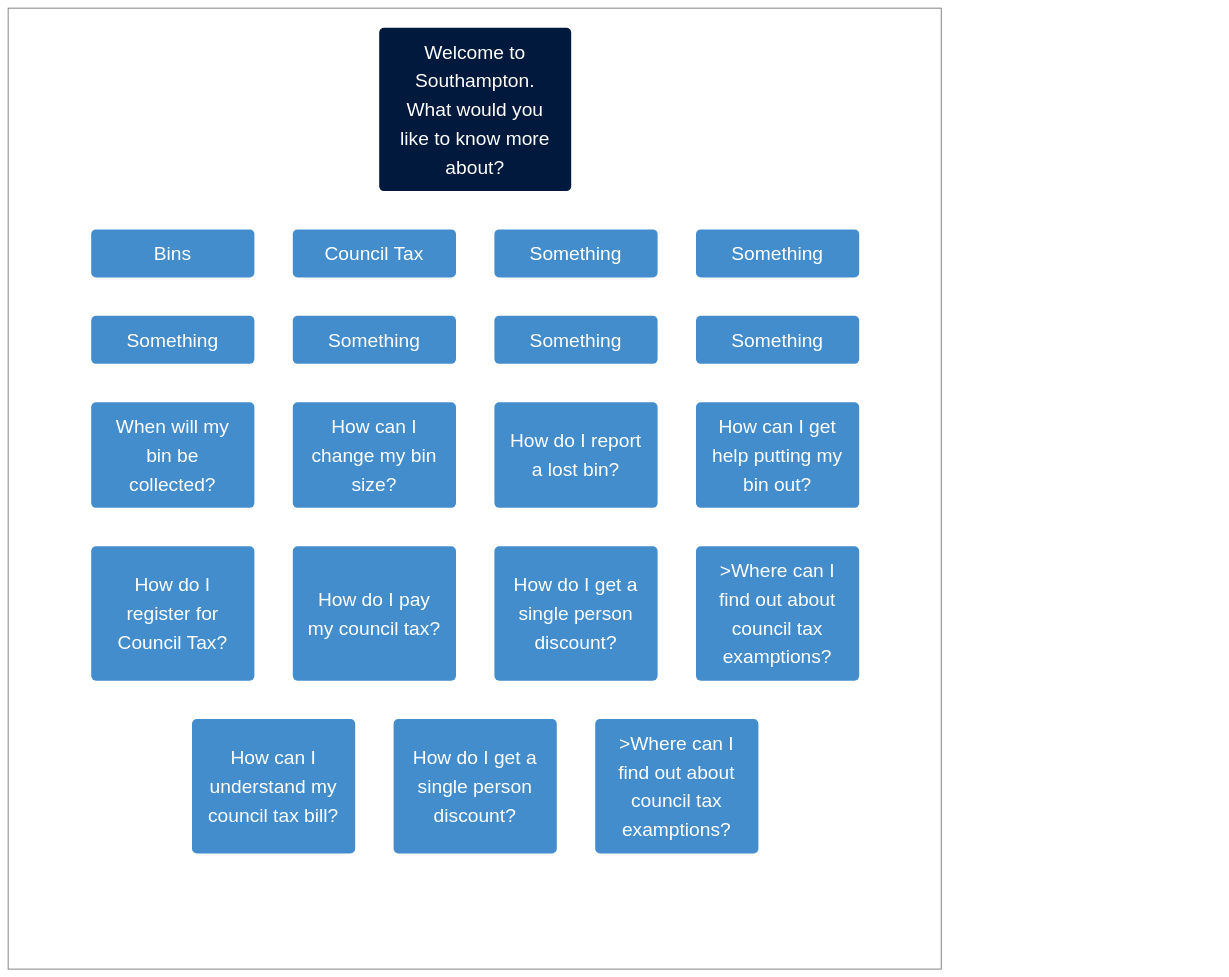
Repository: Domehead123/test
Page: index.html
The author's editor kept a record of every edit. The page is drawn from the files as they stood at one moment, then again after the next edit.
The browser window is 1280 px wide. The pictures show the whole page, at 96% of full size.

Above is the page before.

After the next edit:
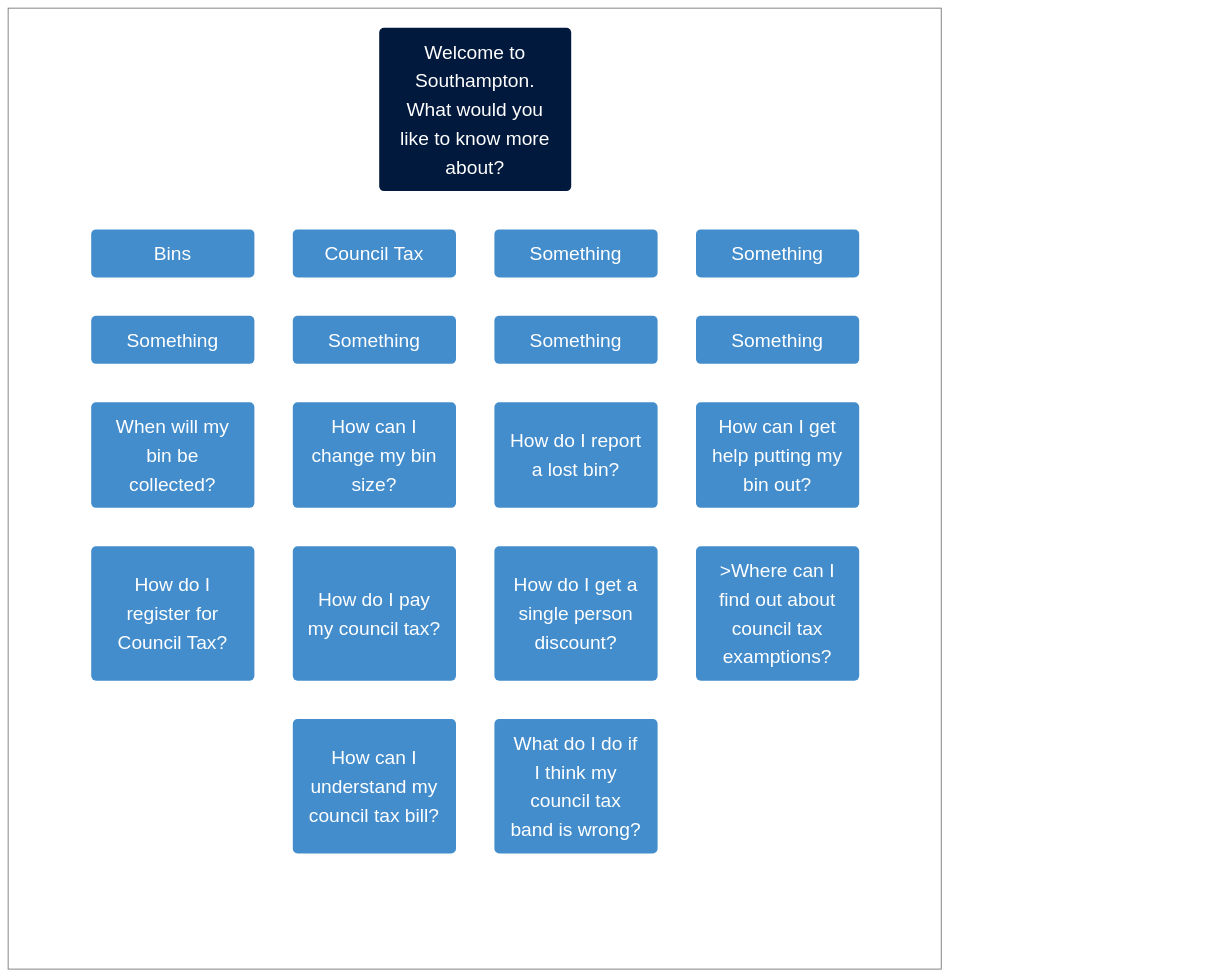
The edit:
--- a/index.html
+++ b/index.html
@@ -37,8 +37,7 @@
     <div class="bottom-box"><span>How do I get a single person discount?</span></div>
     <div class="bottom-box"><span>>Where can I find out about council tax examptions?</span></div>
     <div class="bottom-box"><span>How can I understand my council tax bill?</span></div>
-    <div class="bottom-box"><span>How do I get a single person discount?</span></div>
-    <div class="bottom-box"><span>>Where can I find out about council tax examptions?</span></div>
+    <div class="bottom-box"><span>What do I do if I think my council tax band is wrong?</span></div>
     </div>
 
     <div id="restart">Back</div>
